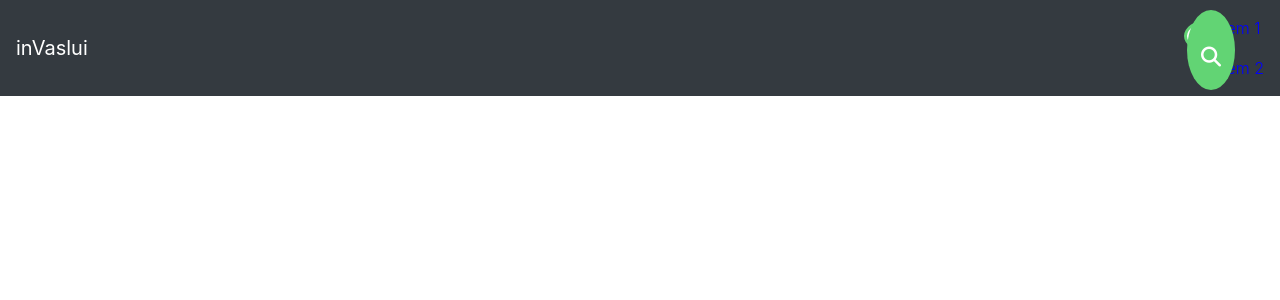
Repository: nicolasolo/in-vaslui
Page: index.html
An editor plug-in stored every save of this project. The page is shown before and after a run of saves, followed by the edit.
The browser window is 1280 px wide. The pictures show the whole page.
Some web libraries are served in a nearby version.

Above is the page before, as saved 2020-03-29 21:15:38.

After the next 2 saves:
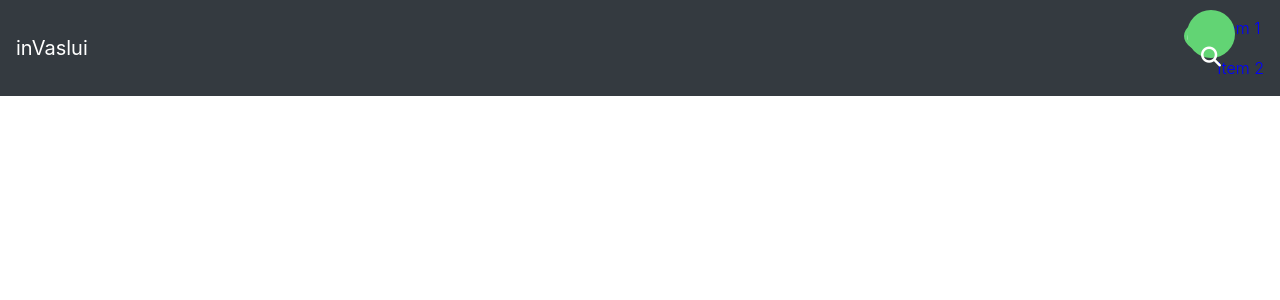
The 2 saves are shown as one change because they came seconds apart.
The last was saved 7 s later.
--- a/css/vaslui.css
+++ b/css/vaslui.css
@@ -43,7 +43,7 @@ a.navbar-brand{
 .btn{
     position: absolute;
     width: 3rem;
-    height: 80px;
+    height: 3rem;
     background: #62d474;
     border-radius: 50%;
     right: 45px;
